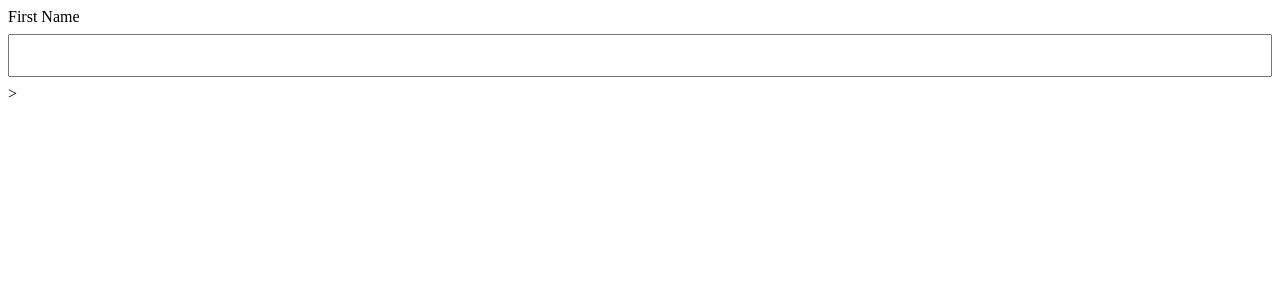
Repository: mubashirkhan1/Corejsvs__Programs
Page: http://localhost/TestWeb/WebContent/hiddenform.jsp
An editor plug-in stored every save of this project. The page is shown before and after the next save, followed by the edit.
The browser window is 1280 px wide. The pictures show the whole page.
The page is served by Tomcat 9. Other server files are loaded and not shown.

Above is the page before, as saved 2021-03-09 22:56:08.

### basicprogram/TestWeb/WebContent/hiddenform.jsp
<%@ page language="java" contentType="text/html; charset=ISO-8859-1"
    pageEncoding="ISO-8859-1"%>
<!DOCTYPE html>
<html>
<head>
<meta charset="ISO-8859-1">
<title>Insert title here</title>
</head>
<style>
input[type=text] {
  width: 100%;
  padding: 12px 20px;
  margin: 8px 0;
  box-sizing: border-box;
}
</style>
<body>
<form>
  <label for="fname">First Name</label>
  <input type="text" id="fname" name="fname">
</form>>
</body>
</html>

After the next save:
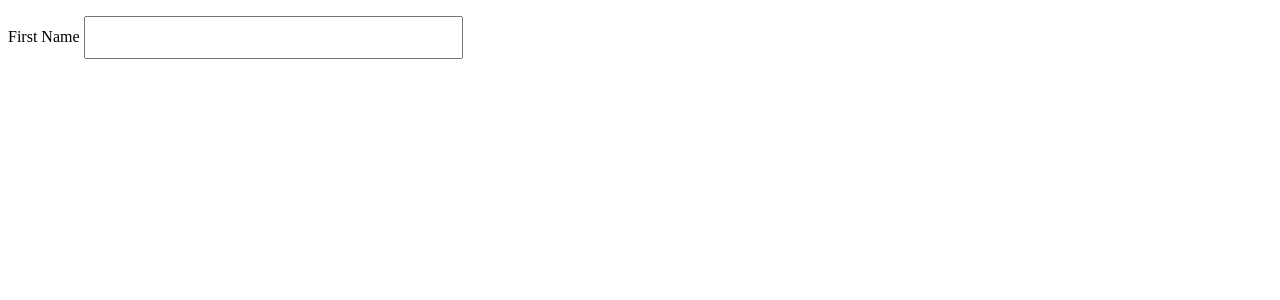
Saved 38 s later.
--- a/basicprogram/TestWeb/WebContent/hiddenform.jsp
+++ b/basicprogram/TestWeb/WebContent/hiddenform.jsp
@@ -8,7 +8,7 @@
 </head>
 <style>
 input[type=text] {
-  width: 100%;
+  width: 30%;
   padding: 12px 20px;
   margin: 8px 0;
   box-sizing: border-box;
@@ -18,6 +18,6 @@ input[type=text] {
 <form>
   <label for="fname">First Name</label>
   <input type="text" id="fname" name="fname">
-</form>>
+</form>
 </body>
 </html>
